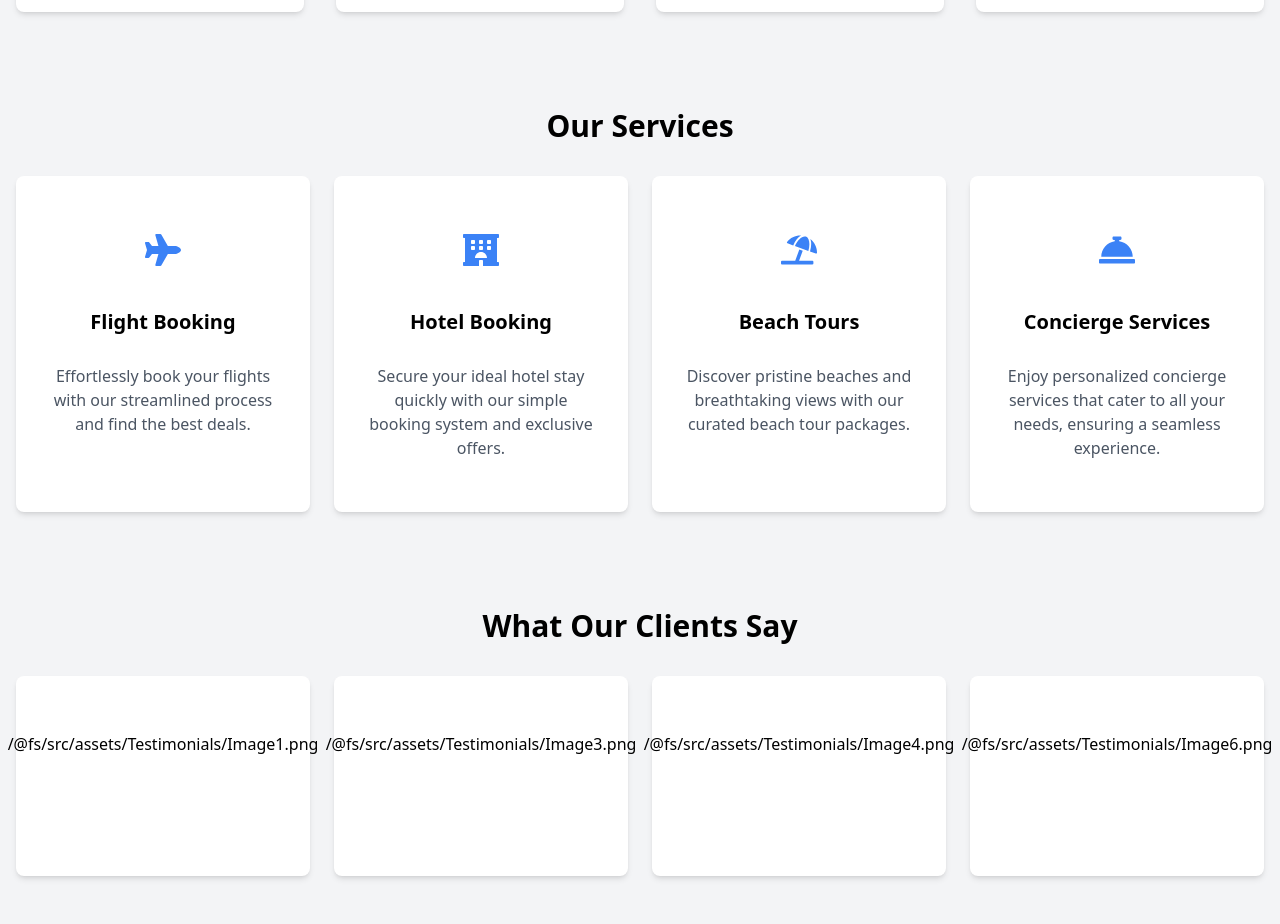
Repository: thisara199/Travel-Agency-Website
Page: /
An editor plug-in stored every save of this project. The page is shown before and after the next save, followed by the edit.
The browser window is 1280 px wide. The pictures show the part of the page from y = 1108 to 2060 px (the page is 2032 px tall before and 2060 px after).
The project was rebuilt for these pictures with package versions that can differ from the ones it lists, and the page was loaded fresh each time. Also part of the build but not shown: vite.config.js.

Above is the page before, as saved 2024-09-04 06:05:32.

After the next save:
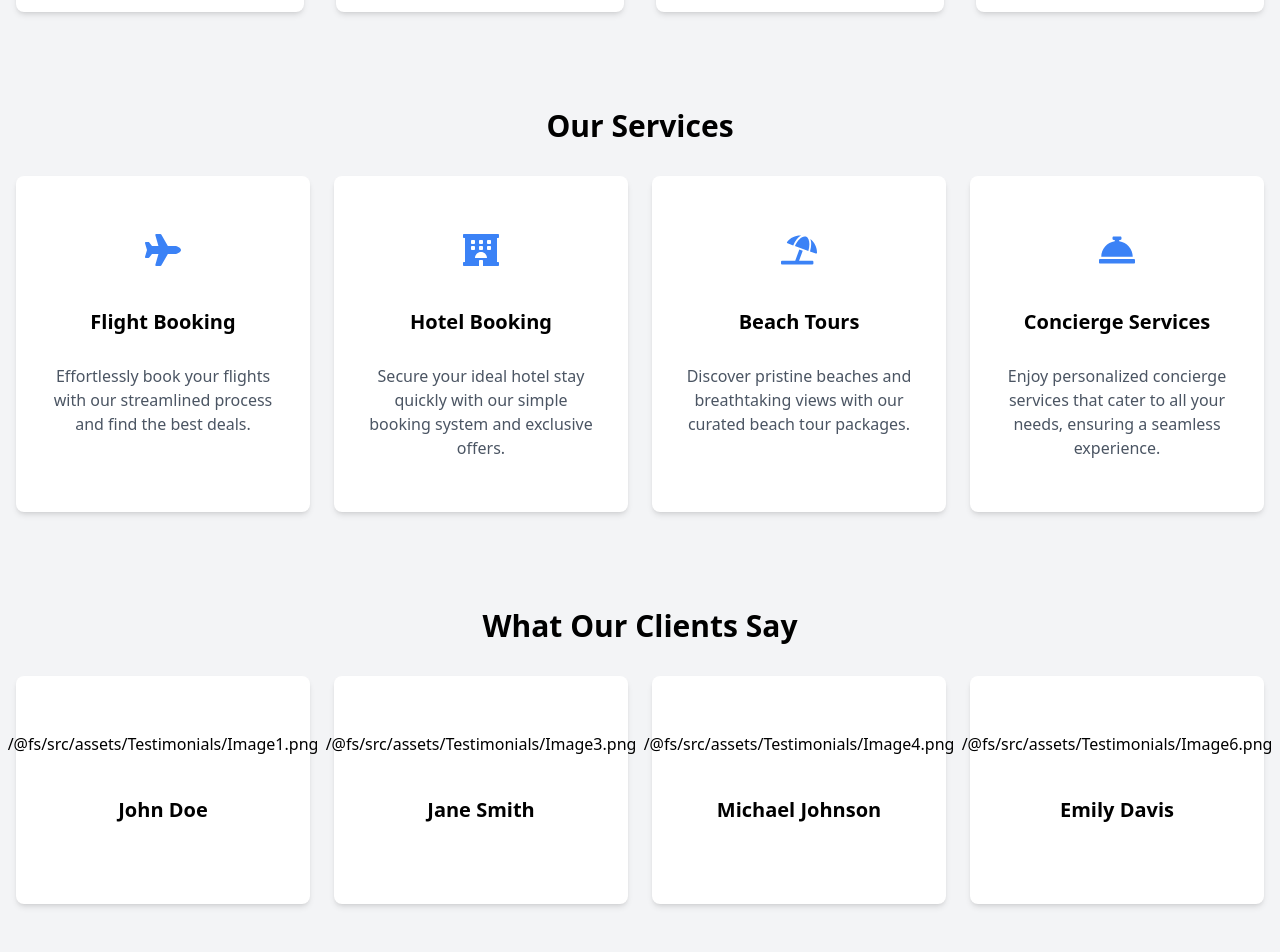
Saved 23 s later.
--- a/src/components/Testimonials/Testimonials.jsx
+++ b/src/components/Testimonials/Testimonials.jsx
@@ -41,7 +41,7 @@ const Testimonials = () => {
               <div className='flex justify-center py-6 mb-4'>
                 {Clients.image}
               </div>
-              <h3 className='mb-2 text-xl font-bold text-center'>{Clients.title}</h3>
+              <h3 className='mb-2 text-xl font-bold text-center'>{Clients.name}</h3>
               <p className='py-5 text-center text-gray-600'>{Clients.description}</p>
             </div>
           ))}
